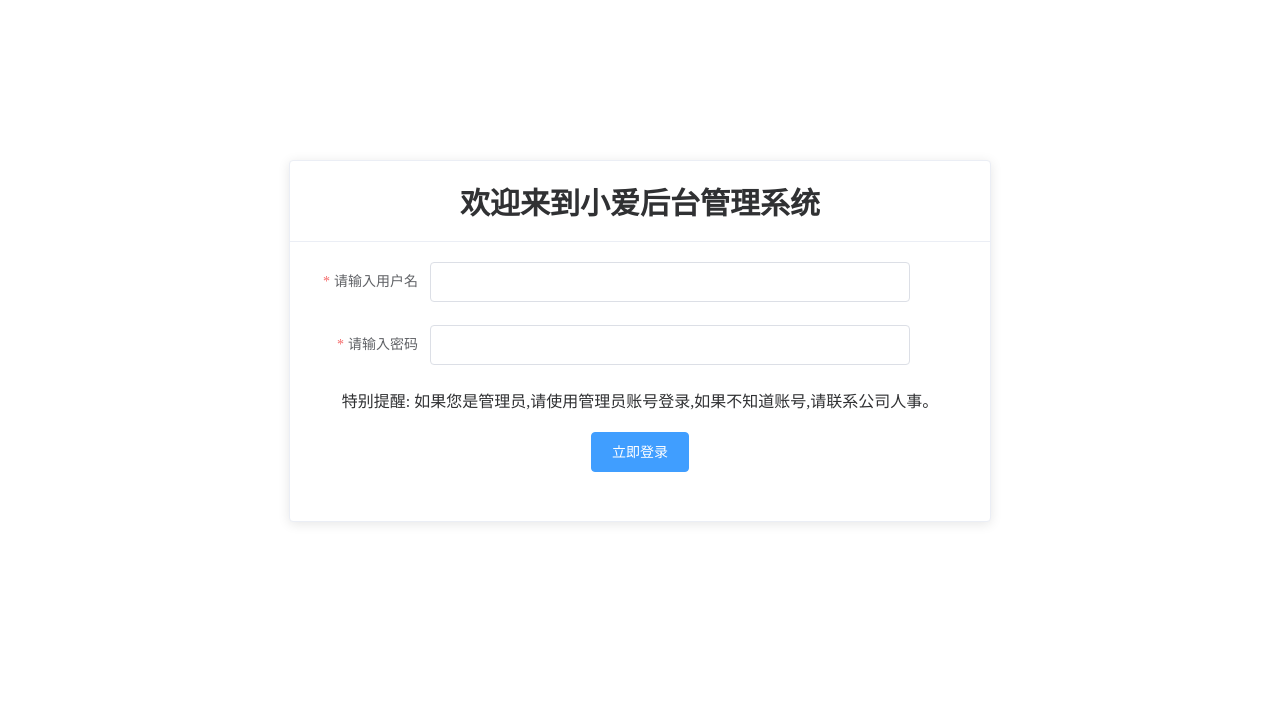
Repository: heyegang/vuex
Page: /login
The author's editor kept a copy of each file at every save. The page is drawn from the files as they stood at one save, then again after the next save.
The browser window is 1280 px wide. The pictures show the whole page.
The project was rebuilt for these pictures with package versions that can differ from the ones it lists, and the page was loaded fresh each time. Also part of the build but not shown: vue.config.js, src/views/Home.vue.

Above is the page before, as saved 2021-01-05 18:38:11.

### src/main.js
import Vue from "vue";
import App from "./App.vue";
import router from "./router";
import store from "./store";
import ElementUI from "element-ui";
import "element-ui/lib/theme-chalk/index.css"

Vue.use(ElementUI)
Vue.config.productionTip = false;

new Vue({
  router,
  store,
  render: h => h(App)
}).$mount("#app");

### src/App.vue
<template>
  <div id="app">
    <router-view />
  </div>
</template>

<style lang="scss">
*{
  margin: 0;
  padding: 0;
}
html,body,#app{
  height: 100%;
}
</style>

### src/router/index.js
import Vue from "vue";
import VueRouter from "vue-router";
import Home from "../views/Home.vue";

Vue.use(VueRouter);

const routes = [
  {
    path: "/",
    name: "Home",
    component: Home
  },
  {
    path: "/login",
    name: "login",
    component: () => import('../views/login/Login.vue')
  }

];

const router = new VueRouter({
  mode: "history",
  base: process.env.BASE_URL,
  routes
});

export default router;

### src/store/index.js
import Vue from "vue";
import Vuex from "vuex";
import user from "./user"

Vue.use(Vuex);

export default new Vuex.Store({
  state: {
    // 存放数据
  },
  mutations: {
    // 同步修改state
  },
  actions: {},
  modules: {
    // 代表模块
    user
  }
});

### src/views/login/Login.vue
<template>
  <div>
    <!-- <el-form-item label="活动名称" prop="name">
    <el-input v-model="ruleForm.name"></el-input>
  </el-form-item>
   <el-form-item label="活动名称" prop="name">
    <el-input v-model="ruleForm.name"></el-input>
  </el-form-item>
   <el-form-item label="活动名称" prop="name">
    <el-input v-model="ruleForm.name"></el-input>
  </el-form-item> -->
    <el-card class="box-card">
      <div slot="header" class="clearfix">
        <span style="font-size:30px;font-weight:bold;"
          >欢迎来到小爱后台管理系统</span
        >
      </div>
      <div class="InputBox">
        <el-form
          :model="ruleForm"
          :rules="rules"
          ref="ruleForm"
          label-width="120px"
          class="demo-ruleForm"
        >
          <el-form-item label="请输入用户名" prop="username">
            <el-input v-model="ruleForm.username"></el-input>
          </el-form-item>
          <el-form-item label="请输入密码" prop="password">
            <el-input v-model="ruleForm.password"></el-input>
          </el-form-item>
        </el-form>
      </div>
      <div style="margin-bottom:20px;">
        特别提醒:
        如果您是管理员,请使用管理员账号登录,如果不知道账号,请联系公司人事。
      </div>
      <!-- <el-button style="float: right; padding: 3px 0" type="text">操作按钮</el-button> -->
      <el-button type="primary" @click="submits">立即登录</el-button>
    </el-card>
  </div>
</template>

<script>
// 创建一个命名空间的帮助助手
import {createNamespacedHelpers} from 'vuex'
let userModule = createNamespacedHelpers('user')
let {mapActions: userActions} = userModule
export default {
  name: "",
  props: {},
  data() {
    return {
      ruleForm: {
        username: '',
        password: ''
      },
      rules: {
        username: [
          { required: true, message: "请输入用户名", trigger: "blur" },
          { min: 5, max: 5, message: "用户名为5位", trigger: "blur" }
        ],
        password: [
          { required: true, message: "请输入密码", trigger: "blur" },
          { min:6, max: 6, message: "密码为6位数", trigger: "blur" }
        ]
      }
    };
  },
  components: {},
  methods: {
    submitForm(formName) {
      this.$refs[formName].validate(valid => {
        if (valid) {
          alert("submit!");
        } else {
          console.log("error submit!!");
          return false;
        }
      });
    },
    resetForm(formName) {
      this.$refs[formName].resetFields();
    },
    ...userActions(['login']),
    submits(){
        this.login({
            username: this.ruleForm.username,
            password: this.ruleForm.password,
        })
    }
  },
  mounted() {},
  computed: {},
  watch: {}
};
</script>

<style lang='scss' scoped>
.InputBox {
  text-align: center;
}

.item {
  margin-bottom: 18px;
}

.clearfix:before,
.clearfix:after {
  display: table;
  content: "";
}
.clearfix:after {
  clear: both;
}

.box-card {
  width: 700px;
  height: 360px;
  margin: 0 auto;
  position: relative;
  top: 160px;
  text-align: center;
}
.demo-ruleForm {
  width: 600px;
}
</style>

### src/store/user.js
import { Message } from "element-ui";
import api from '../http/api';
import router from '../router'

export default {
    namespaced:true,
    // 开启命名空间

    state: {
        // 存放数据
        users:[]
      },
      mutations: {
        // 同步修改state
        setUsers(state,data){
            state.user = data
        }
      },
      actions: {
        //   发请求
        // 所有的方法
        // 登录 每一个action的方法都有两个参数 第一个是store 第二个是请求的参数
        // store可以解构为commit dispatch(提交另外一个action)
        async login(_,params){
            let res = await api.login(params)
            if(res.meta.status === 200){
                // 请求成功 存用户 跳转路由 提示用户
                localStorage.setItem('user', JSON.stringify(res.data))
                localStorage.setItem('token', res.data.token)
                Message.success('登录成功')
                router.push('/')
            } else {
                Message.error(res.meta.msg)
            }
        },
        async getUsers({commit},params){
            let res = await api.getUsers(params)
            if(res.meta.status === 200) {
                commit('setUsers',res.data)
            }else {
                Message.error(res.meta.msg)
            }
        }
      },
}

### src/http/api.js
import http from './index'

export default{
     login({username,password}){
        return http.post('/login',{
            username,
            password
        })
     },
     getUsers({pagenum,pagesize,query}){
         if(query){
             return http.get(`/users?pagenum=${pagenum}&pagesize=${pagesize}&query=${query}`)
         } else {
             return http.get(`/users?pagenum=${pagenum}&pagesize=${pagesize}`)
         }

     },
}

### src/http/index.js
import axios from 'axios'
import nprogress from 'nprogress'
import 'nprogress/nprogress.css'
import {Message} from 'element-ui'

// 需要区分当前环境是开发环境(development)还是生产环境(production)
let isPro = process.env.NODE_ENV === 'productin'

const http = axios.create({
    baseURL: isPro ? '线上接口路径':'/api',
    timeout:10000
})

// 请求拦截
http.interceptors.request.use(config =>{
    nprogress.start()
    // 配置token token是鉴权的一种方式
    // 在登陆成功后 会返回当前用户的token 存在本地
    // 可用（百度：js加密插件）加密插件加密token
    let token = localStorage.getItem('token')
    // 账号密码和token分开存
    if(token){
        config.headers.Authorization = token
    }
    return config
},err =>{
    nprogress.done()
    return Promise.reject(err)
})

// 响应拦截
http.interceptors.response.use(res => {
    nprogress.done()
    return res.data
},err => {

    // 请求失败
    let status = err.response && err.response.status
    // 状态码
    if (status === 400) {
        Message.error('参数错误')
    }
    if (status === 401) {
        Message.error('没有权限')
    }
    if (status === 403) {
        Message.error('登录过期')
    }
    if (status === 404) {
        Message.error('路径错误')
    }
    if (status === 500) {
        Message.error('服务器错误')
    }
    if (status === 403) {
        Message.error('服务器在维护')
    }
    return Promise.reject(err)
})


export default http

Loaded but not shown: public/index.html (common file)

After the next save:
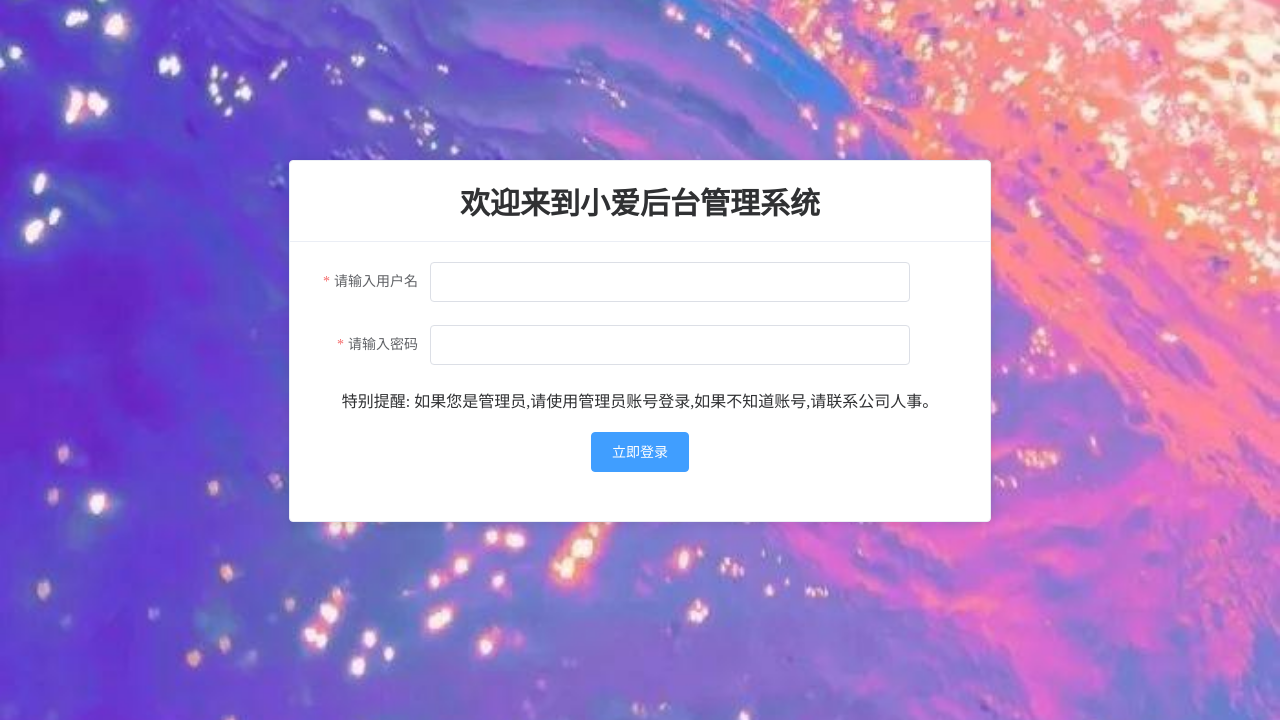
Saved 9 min 16 s later.
--- a/src/views/login/Login.vue
+++ b/src/views/login/Login.vue
@@ -1,5 +1,5 @@
 <template>
-  <div>
+  <div class="back">
     <!-- <el-form-item label="活动名称" prop="name">
     <el-input v-model="ruleForm.name"></el-input>
   </el-form-item>
@@ -125,4 +125,15 @@ export default {
 .demo-ruleForm {
   width: 600px;
 }
+.back{
+  position: fixed;
+  top: 0;
+  left: 0;
+  bottom: 0;
+  right: 0;
+  background-image: url('../../assets/background.jpeg');
+  background-position: center;
+  background-repeat: no-repeat;
+  background-size: cover;
+}
 </style>
